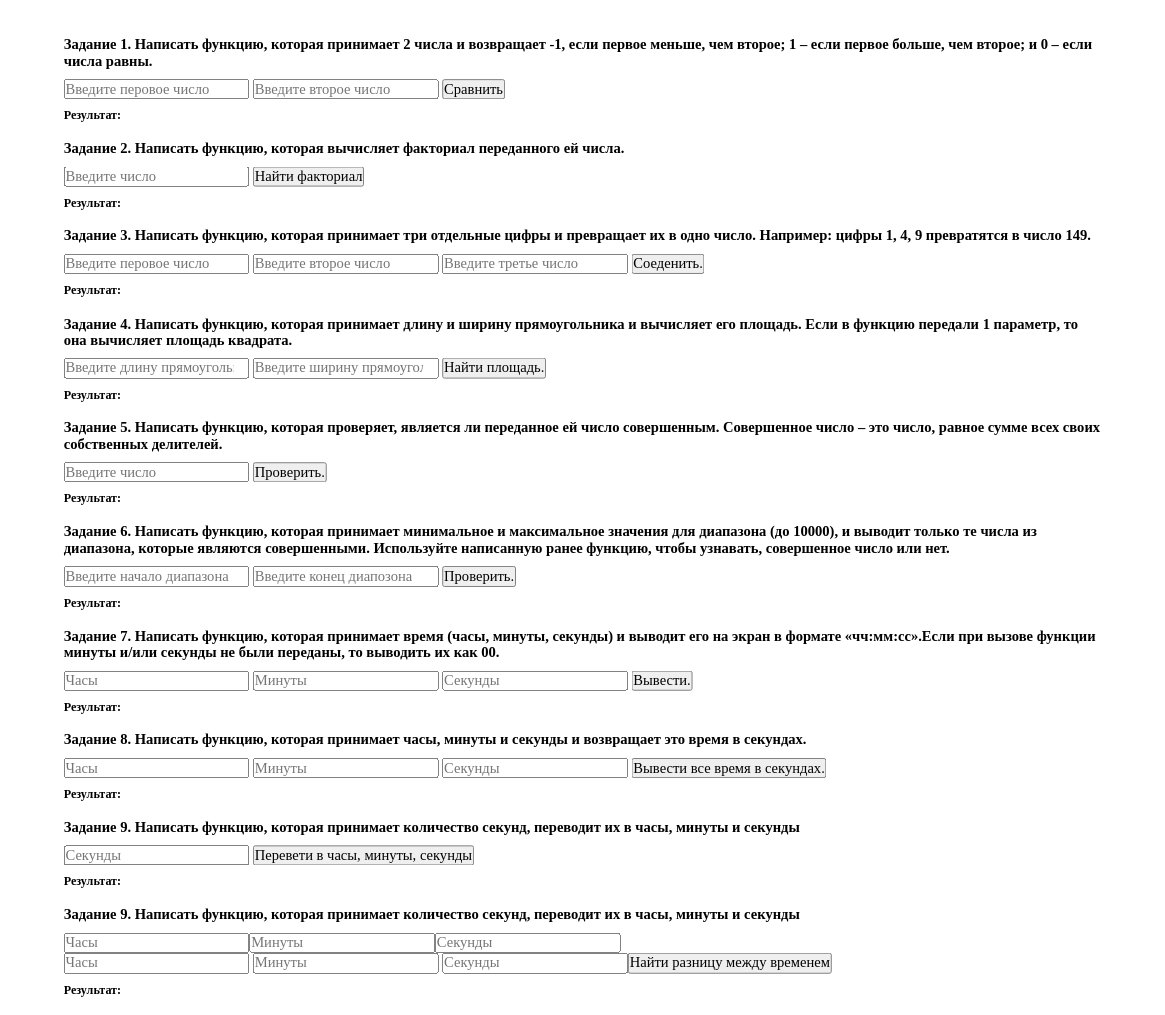
Repository: NastyaGavrilova/Beetroot-js
Page: HW3/index.html
The author's editor kept a copy of each file at every save. The page is drawn from the files as they stood at one save, then again after the next save.
The browser window is 1280 px wide. The pictures show the whole page, at 91% of full size.

Above is the page before, as saved 2021-10-18 18:39:11.

After the next save:
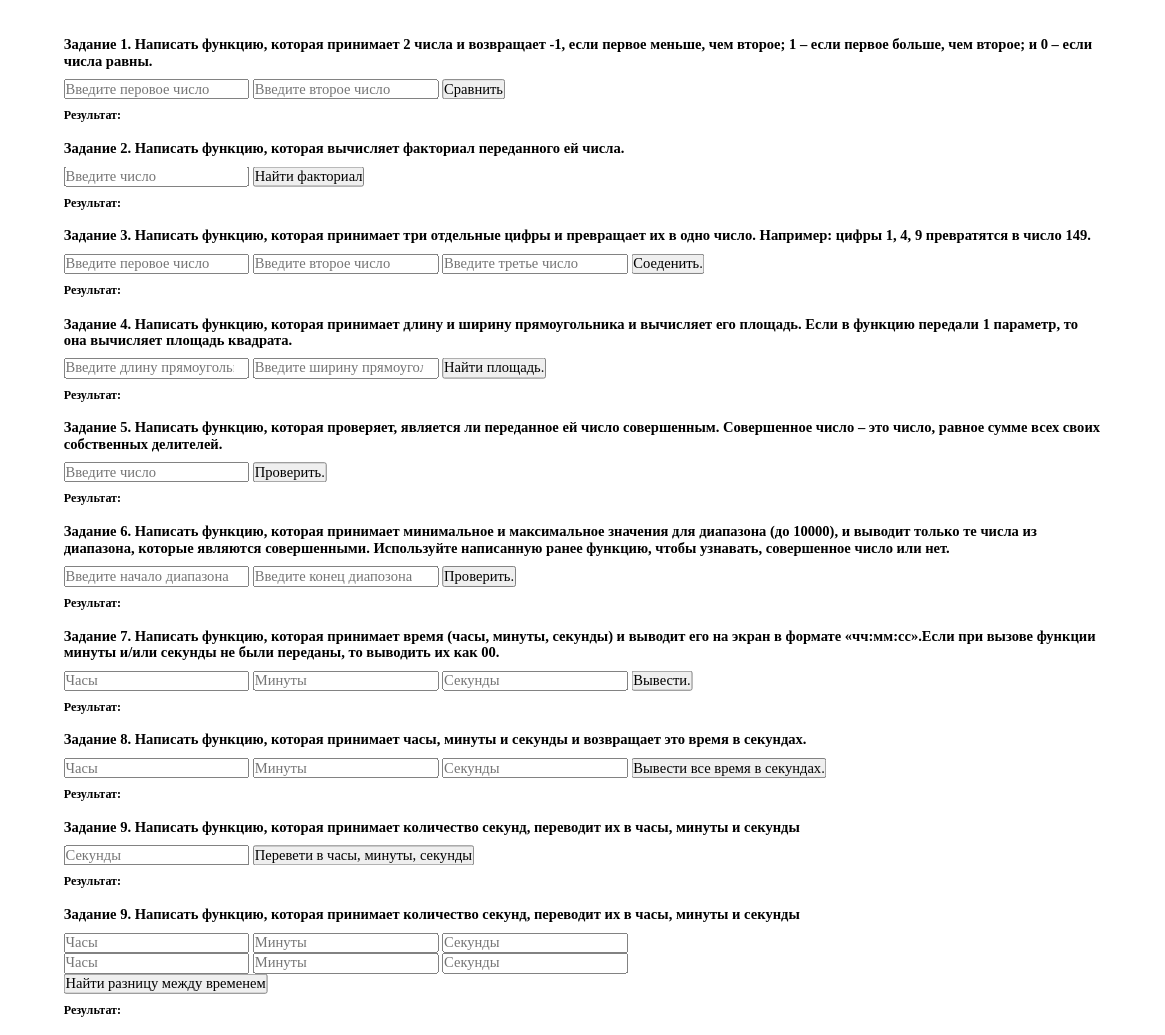
Saved 11 s later.
--- a/HW3/index.css
+++ b/HW3/index.css
@@ -21,10 +21,10 @@ body {
 .c-form {
   margin-bottom: 10px;
 }
-#js-task10-form {
+/* #js-task10-form {
   display: flex;
   flex-wrap: wrap;
 }
 
 #js-task10-input4 {
-}
+} */
